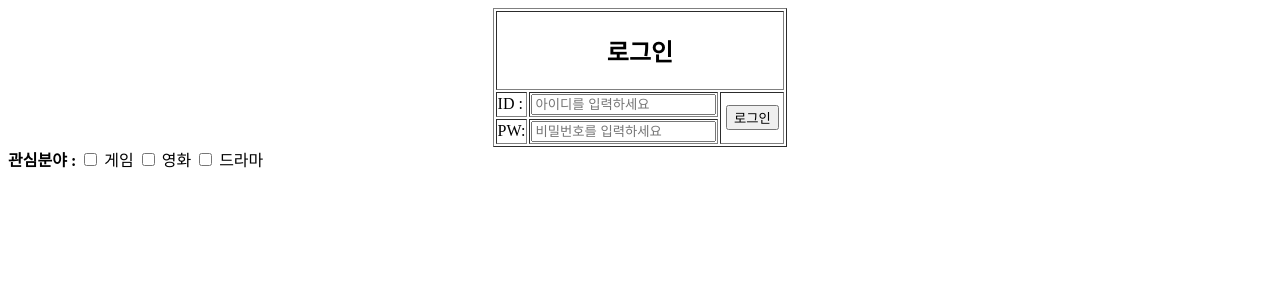
Repository: umhayun/myJSP
Page: HTML/src/main/webapp/login.html
An editor plug-in stored every save of this project. The page is shown before and after the next save, followed by the edit.
The browser window is 1280 px wide. The pictures show the whole page.

Above is the page before, as saved 2022-01-18 01:58:24.

After the next save:
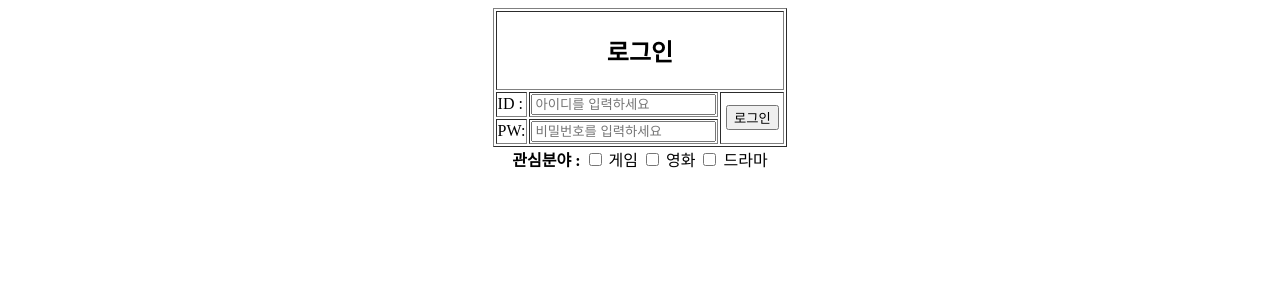
Saved 11 s later.
--- a/HTML/src/main/webapp/login.html
+++ b/HTML/src/main/webapp/login.html
@@ -24,7 +24,7 @@
 </table>
 </form>
 
-<form>
+<form align=center>
 <!-- 관심분야 체크박스 -->
 <strong>관심분야 : </strong>
 <input type="checkbox" name="intro"> 게임
